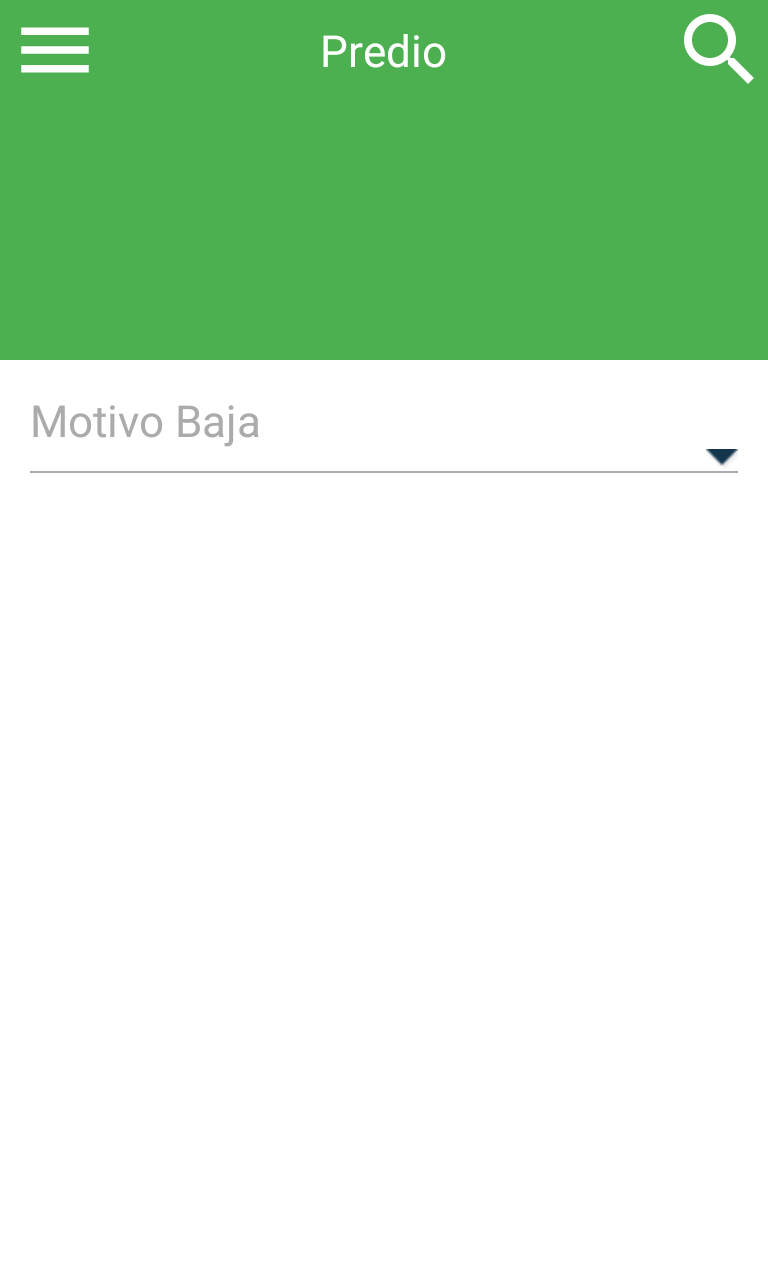
Repository: danielctf/Chilterra
Layout: Proyectos/Animales/res/layout/activity_baja_ganado.xml
These files come from the project's save history. The layout is drawn as it stood at one moment and after the next save; the edit follows.
It is drawn on a 768 x 1280 px phone screen (xhdpi) without system bars, with theme AppTheme; the app's code is not run.

Above is the layout before, as saved 2015-10-09 16:36:30.

### Proyectos/Animales/res/layout/activity_baja_ganado.xml
<LinearLayout xmlns:android="http://schemas.android.com/apk/res/android"
    xmlns:tools="http://schemas.android.com/tools"
    android:id="@+id/LinearLayout1"
    android:layout_width="match_parent"
    android:layout_height="match_parent"
    android:orientation="vertical"
    tools:context="cl.a2r.animales.BajaGanado" >

    <RelativeLayout
        android:layout_width="match_parent"
        android:layout_height="50dp"
        android:background="@color/green" >

        <ImageButton
            android:id="@+id/menu"
            android:layout_width="wrap_content"
            android:layout_height="wrap_content"
            android:layout_alignParentLeft="true"
            android:layout_centerVertical="true"
            android:layout_marginLeft="5dp"
            android:background="@null"
            android:src="@drawable/ic_navigation_menu" />

        <TextView
            android:id="@+id/predio"
            android:layout_width="wrap_content"
            android:layout_height="wrap_content"
            android:layout_centerHorizontal="true"
            android:layout_centerVertical="true"
            android:text="Predio"
            android:textAppearance="?android:attr/textAppearanceLarge"
            android:textColor="@color/white" />

        <ImageView
            android:id="@+id/logs"
            android:layout_width="wrap_content"
            android:layout_height="wrap_content"
            android:layout_alignParentRight="true"
            android:layout_centerVertical="true"
            android:src="@drawable/ic_search_white_48dp" />
    </RelativeLayout>

    <RelativeLayout
        android:layout_width="match_parent"
        android:layout_height="wrap_content"
        android:background="@color/green"
        android:layout_weight="0.2" >

        <TextView
            android:id="@+id/despliegaDiio"
            android:layout_width="wrap_content"
            android:layout_height="wrap_content"
            android:layout_centerHorizontal="true"
            android:layout_centerVertical="true"
            android:text=""
            android:textAppearance="?android:attr/textAppearanceLarge" />

    </RelativeLayout>

    <RelativeLayout
        android:layout_width="match_parent"
        android:layout_height="wrap_content"
        android:layout_weight="0.8" >

        <TextView
            android:id="@+id/textView1"
            android:layout_width="wrap_content"
            android:layout_height="wrap_content"
            android:layout_alignParentLeft="true"
            android:layout_alignParentTop="true"
            android:layout_marginLeft="15dp"
            android:layout_marginTop="15dp"
            android:text="Motivo Baja"
            android:textColor="#ababab"
            android:textAppearance="?android:attr/textAppearanceLarge" />

        <Spinner
            android:id="@+id/motivoBaja"
            android:layout_width="match_parent"
            android:layout_height="wrap_content"
            android:layout_alignLeft="@+id/textView1"
            android:layout_marginRight="15dp"
            android:background="@drawable/shape_drop_down_normal"
            android:layout_below="@+id/textView1" />

    </RelativeLayout>

</LinearLayout>

### Proyectos/Animales/res/values/colors.xml
<?xml version="1.0" encoding="utf-8"?>
<resources>
    <color name="red">#ffff0000</color>
    <color name="darkred">#b22222</color>
    <color name="white">#ffffff</color>
    <color name="gris">#cccccc</color>
    <color name="green">#4caf50</color>
</resources>

### Proyectos/Animales/res/drawable/shape_drop_down_normal.xml
<?xml version="1.0" encoding="utf-8"?>
<layer-list xmlns:android="http://schemas.android.com/apk/res/android" >


    <item android:top="-2dp" android:right="-2dp" android:left="-2dp">
        <shape>
            <solid android:color="@android:color/transparent" />
            <stroke
                android:width="1dp"
                android:color="#ababb2" />
        </shape>
    </item>
<item>
    <bitmap
        android:gravity="end"
        android:src="@drawable/sm_tooltip_arrow" />
</item>
</layer-list>

Loaded but not shown: Proyectos/Animales/res/values/styles.xml (common file); Proyectos/Animales/res/values-v11/styles.xml (common file); Proyectos/Animales/res/values-v14/styles.xml (common file)

After the next save:
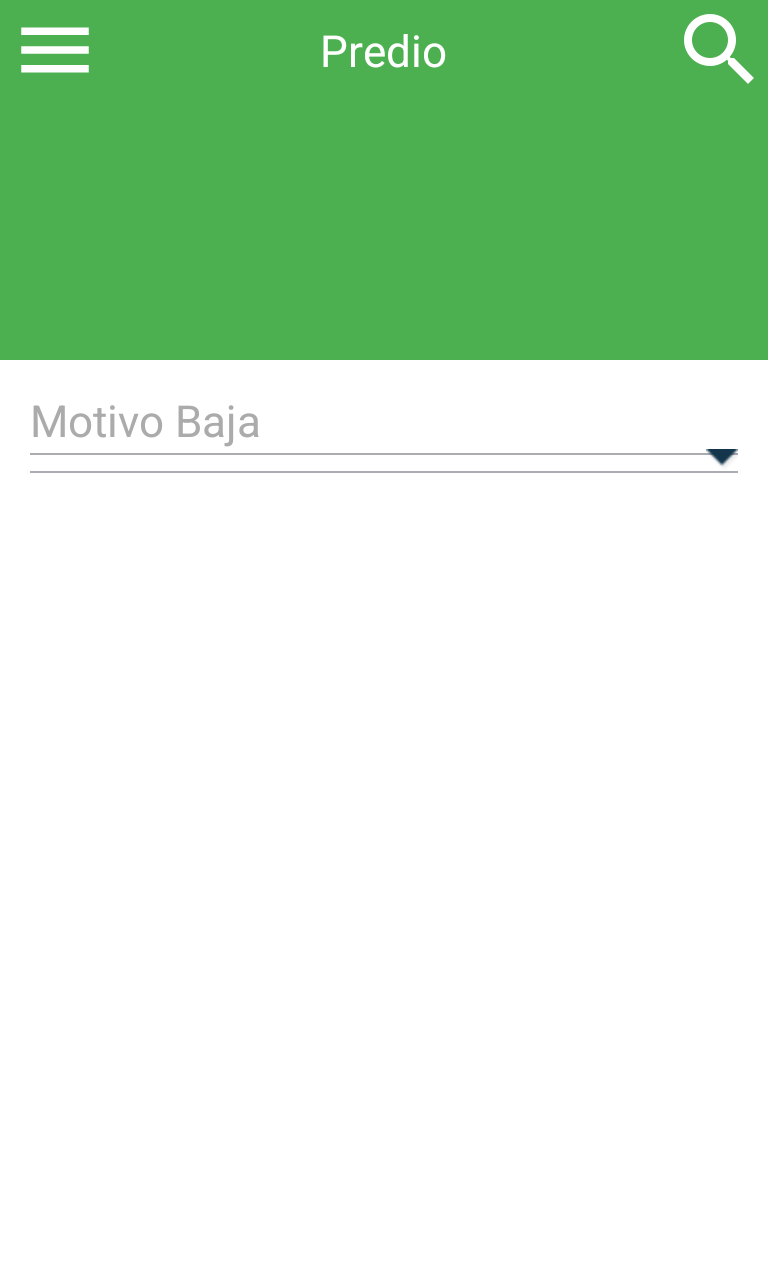
Saved 21 s later.
--- a/Proyectos/Animales/res/drawable/shape_drop_down_normal.xml
+++ b/Proyectos/Animales/res/drawable/shape_drop_down_normal.xml
@@ -2,7 +2,7 @@
 <layer-list xmlns:android="http://schemas.android.com/apk/res/android" >
 
 
-    <item android:top="-2dp" android:right="-2dp" android:left="-2dp">
+    <item android:top="2dp" android:right="-2dp" android:left="-2dp">
         <shape>
             <solid android:color="@android:color/transparent" />
             <stroke
